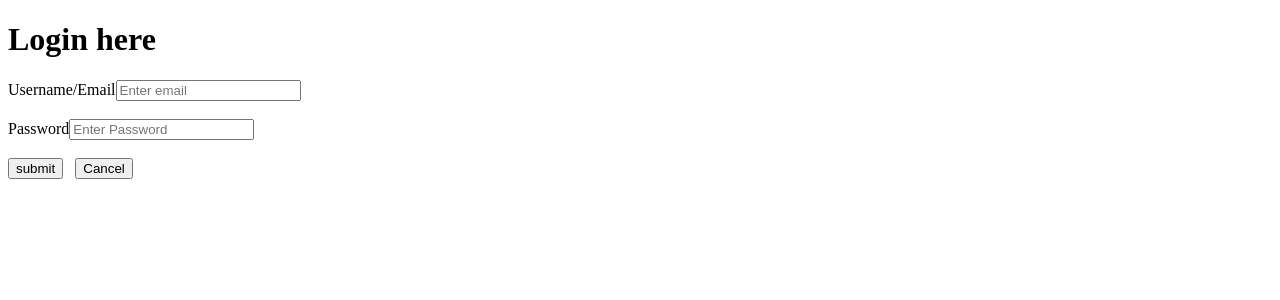
Repository: akash-keshari/Assigment
Page: SimpleHtml/WebContent/login.html
These files come from the project's save history. The page is drawn as it stood at one moment and after the next save; the edit follows.
The browser window is 1280 px wide. The pictures show the whole page.

Above is the page before, as saved 2022-08-01 10:37:51.

After the next save:
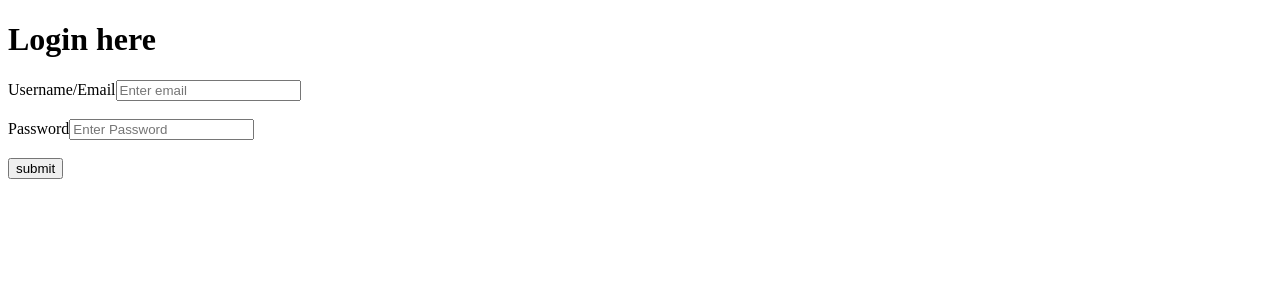
Saved 23 min 17 s later.
--- a/SimpleHtml/WebContent/login.html
+++ b/SimpleHtml/WebContent/login.html
@@ -9,7 +9,7 @@
 <form method="POST" action="form">
 	Username/Email<input type="text" name="email1" placeholder="Enter email"/><br><br>
 	Password<input type="password" name="pass1" placeholder="Enter Password"/><br><br>
-	<input type="button" value="submit"/>&nbsp &nbsp<input type="button" value="Cancel"/>
+	<input type="button" value="submit"/>
 </form>
 
 
